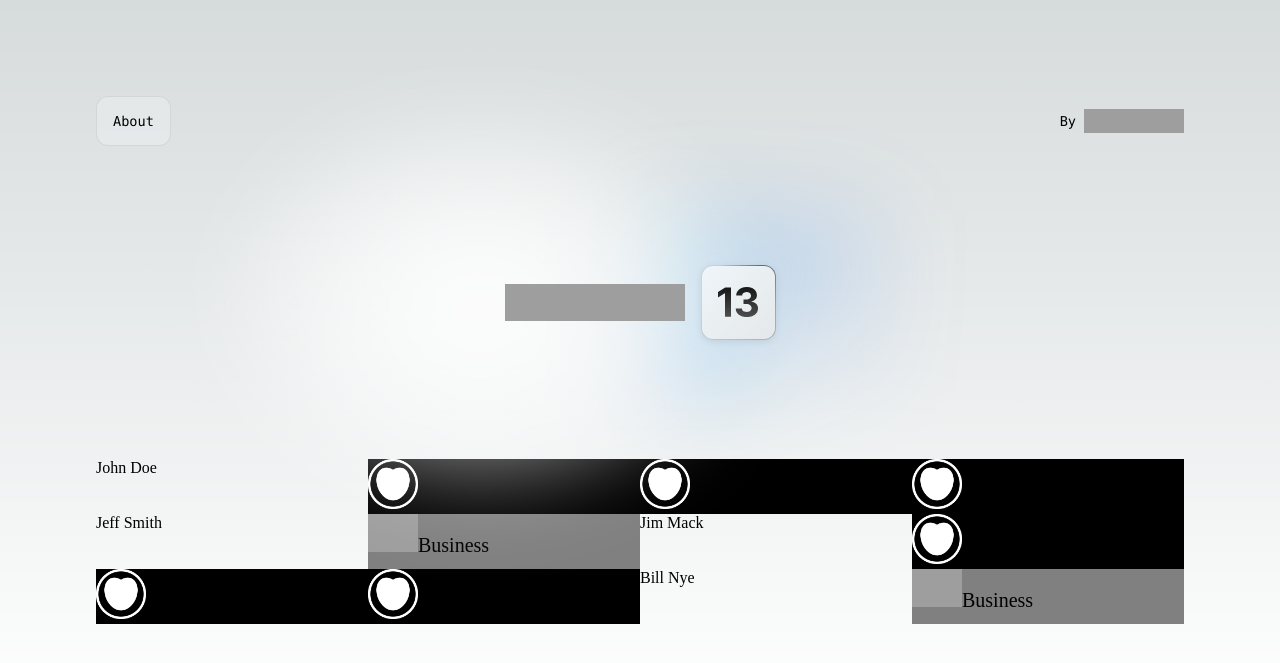
Repository: karthur1/class-example-3
Page: /
These files come from the project's save history. The page is drawn as it stood at one moment and after the next save; the edit follows.
The browser window is 1280 px wide. The pictures show the whole page.
Pictures or frames that could not be fetched are drawn as grey boxes. The project was rebuilt for these pictures with package versions that can differ from the ones it lists, and the page was loaded fresh each time. The framework's server and built-in components were replaced by stand-ins that run in the browser. Also part of the build but not shown: next.config.js.

Above is the page before, as saved 2023-01-20 23:57:05.

### pages/index.js
import Head from 'next/head'
import Image from 'next/image'
import { Inter } from '@next/font/google'
import styles from '@/styles/Home.module.css'
import data from '../data/employees.json'
import {useState} from 'react'
import Card from '../components/Card'
import Link from 'next/link'


const inter = Inter({ subsets: ['latin'] })

export default function Home() {

  console.log(data)
  const [information, setInformation] = useState([...data])
  console.log(information)

  return (
    <>
      <Head>
        <title>Create Next App</title>
        <meta name="description" content="Generated by create next app" />
        <meta name="viewport" content="width=device-width, initial-scale=1" />
        <link rel="icon" href="/favicon.ico" />
      </Head>
      <main className={styles.main}>
        <div className={styles.description}>
          <p>
          <Link href="about">About</Link>

          </p>
          <div>
            <a
              href="https://vercel.com?utm_source=create-next-app&utm_medium=default-template&utm_campaign=create-next-app"
              target="_blank"
              rel="noopener noreferrer"
            >
              By{' '}
              <Image
                src="/vercel.svg"
                alt="Vercel Logo"
                className={styles.vercelLogo}
                width={100}
                height={24}
                priority
              />
            </a>
          </div>
        </div>

        <div className={styles.center}>
          <Image
            className={styles.logo}
            src="/next.svg"
            alt="Next.js Logo"
            width={180}
            height={37}
            priority
          />
          <div className={styles.thirteen}>
            <Image
              src="/thirteen.svg"
              alt="13"
              width={40}
              height={31}
              priority
            />
          </div>
        </div>

        <div className={styles.grid}>
          <div>John Doe</div>
          {information && information.map((info, index) => {
            if(info.department === "Business") {
              return(
              <Card key={index} degree={info.degree} colour="black" font="20px"/>
            )
          }
        })}
                  <div>Jeff Smith</div>
          {information && information.map((info, index) => {
            if(info.department === "Computing") {

             return(
              <Card key={index} degree={info.degree} colour="grey" font="20px"/>
             )
          }
        })}
                    <div>Jim Mack</div>
          {information && information.map((info, index) => {
            if(info.department === "Business") {

             return(
              <Card key={index} degree={info.degree} colour="black" font="20px"/>
             )
          }
        })}
                    <div>Bill Nye</div>
          {information && information.map((info, index) => {
            if(info.department === "Computing") {

             return(
              <Card key={index} degree={info.degree} colour="grey" font="20px"/>
             )
          }
        })}
        </div>
      </main>
    </>
  )
}

### styles/Home.module.css
.main {
  display: flex;
  flex-direction: column;
  justify-content: space-between;
  align-items: center;
  padding: 6rem;
  min-height: 100vh;
}

.description {
  display: inherit;
  justify-content: inherit;
  align-items: inherit;
  font-size: 0.85rem;
  max-width: var(--max-width);
  width: 100%;
  z-index: 2;
  font-family: var(--font-mono);
}

.description a {
  display: flex;
  justify-content: center;
  align-items: center;
  gap: 0.5rem;
}

.description p {
  position: relative;
  margin: 0;
  padding: 1rem;
  background-color: rgba(var(--callout-rgb), 0.5);
  border: 1px solid rgba(var(--callout-border-rgb), 0.3);
  border-radius: var(--border-radius);
}

.code {
  font-weight: 700;
  font-family: var(--font-mono);
}

.grid {
  display: grid;
  grid-template-columns: repeat(4, minmax(25%, auto));
  width: var(--max-width);
  max-width: 100%;
}



.card {
  padding: 1rem 1.2rem;
  border-radius: var(--border-radius);
  background: rgba(var(--card-rgb), 0);
  border: 1px solid rgba(var(--card-border-rgb), 0);
  transition: background 200ms, border 200ms;
}

.card span {
  display: inline-block;
  transition: transform 200ms;
}

.card h2 {
  font-weight: 600;
  margin-bottom: 0.7rem;
}

.card p {
  margin: 0;
  opacity: 0.6;
  font-size: 0.9rem;
  line-height: 1.5;
  max-width: 30ch;
}

.center {
  display: flex;
  justify-content: center;
  align-items: center;
  position: relative;
  padding: 4rem 0;
}

.center::before {
  background: var(--secondary-glow);
  border-radius: 50%;
  width: 480px;
  height: 360px;
  margin-left: -400px;
}

.center::after {
  background: var(--primary-glow);
  width: 240px;
  height: 180px;
  z-index: -1;
}

.center::before,
.center::after {
  content: '';
  left: 50%;
  position: absolute;
  filter: blur(45px);
  transform: translateZ(0);
}

.logo,
.thirteen {
  position: relative;
}

.thirteen {
  display: flex;
  justify-content: center;
  align-items: center;
  width: 75px;
  height: 75px;
  padding: 25px 10px;
  margin-left: 16px;
  transform: translateZ(0);
  border-radius: var(--border-radius);
  overflow: hidden;
  box-shadow: 0px 2px 8px -1px #0000001a;
}

.thirteen::before,
.thirteen::after {
  content: '';
  position: absolute;
  z-index: -1;
}

/* Conic Gradient Animation */
.thirteen::before {
  animation: 6s rotate linear infinite;
  width: 200%;
  height: 200%;
  background: var(--tile-border);
}

/* Inner Square */
.thirteen::after {
  inset: 0;
  padding: 1px;
  border-radius: var(--border-radius);
  background: linear-gradient(
    to bottom right,
    rgba(var(--tile-start-rgb), 1),
    rgba(var(--tile-end-rgb), 1)
  );
  background-clip: content-box;
}

/* Enable hover only on non-touch devices */
@media (hover: hover) and (pointer: fine) {
  .card:hover {
    background: rgba(var(--card-rgb), 0.1);
    border: 1px solid rgba(var(--card-border-rgb), 0.15);
  }

  .card:hover span {
    transform: translateX(4px);
  }
}

@media (prefers-reduced-motion) {
  .thirteen::before {
    animation: none;
  }

  .card:hover span {
    transform: none;
  }
}

/* Mobile */
@media (max-width: 700px) {
  .content {
    padding: 4rem;
  }

  .grid {
    grid-template-columns: 1fr;
    margin-bottom: 120px;
    max-width: 320px;
    text-align: center;
  }

  .card {
    padding: 1rem 2.5rem;
  }

  .card h2 {
    margin-bottom: 0.5rem;
  }

  .center {
    padding: 8rem 0 6rem;
  }

  .center::before {
    transform: none;
    height: 300px;
  }

  .description {
    font-size: 0.8rem;
  }

  .description a {
    padding: 1rem;
  }

  .description p,
  .description div {
    display: flex;
    justify-content: center;
    position: fixed;
    width: 100%;
  }

  .description p {
    align-items: center;
    inset: 0 0 auto;
    padding: 2rem 1rem 1.4rem;
    border-radius: 0;
    border: none;
    border-bottom: 1px solid rgba(var(--callout-border-rgb), 0.25);
    background: linear-gradient(
      to bottom,
      rgba(var(--background-start-rgb), 1),
      rgba(var(--callout-rgb), 0.5)
    );
    background-clip: padding-box;
    backdrop-filter: blur(24px);
  }

  .description div {
    align-items: flex-end;
    pointer-events: none;
    inset: auto 0 0;
    padding: 2rem;
    height: 200px;
    background: linear-gradient(
      to bottom,
      transparent 0%,
      rgb(var(--background-end-rgb)) 40%
    );
    z-index: 1;
  }
}

/* Tablet and Smaller Desktop */
@media (min-width: 701px) and (max-width: 1120px) {
  .grid {
    grid-template-columns: repeat(2, 50%);
  }
}

@media (prefers-color-scheme: dark) {
  .vercelLogo {
    filter: invert(1);
  }

  .logo,
  .thirteen img {
    filter: invert(1) drop-shadow(0 0 0.3rem #ffffff70);
  }
}

@keyframes rotate {
  from {
    transform: rotate(360deg);
  }
  to {
    transform: rotate(0deg);
  }
}

### data/employees.json
[
    {
        "firstName": "John Doe",
        "bloodType": "AB",
        "department": "Business",
        "degree": "Finance",
        "graduted": 2004
    },
    {
        "firstName": "Jeff Smith",
        "bloodType": "A",
        "department": "Business",
        "degree": "Finance",
        "graduted": 2009
    },
    {
        "firstName": "Jim Mack",
        "bloodType": "A",
        "department": "Business",
        "degree": "Business",
        "graduted": 2009
    },
    {
        "firstName": "Bill Nye",
        "bloodType": "A",
        "department": "Computing",
        "degree": "Business",
        "graduted": 2010
    }
]

### components/Card/index.js
export default function Card( {
   degree = "none",
   colour = "purple",
   font = "0",
   images = "icons/icon3.png"

    }) {   return(
        <div style={{backgroundColor: colour, fontSize:font}}>
                {
                    colour === "black" ? <img src={'icons/icon2.png'} width="50"/>:
                    colour === "black" ? <img src={'icons/icon3.jpg'} width="50"/>:
                                        <img src={images} width="50"/>
                }
                {degree}

        </div>
    )
}

Loaded but not shown: pages/_app.js (common file); pages/_document.js (common file); styles/globals.css (common file)

After the next save:
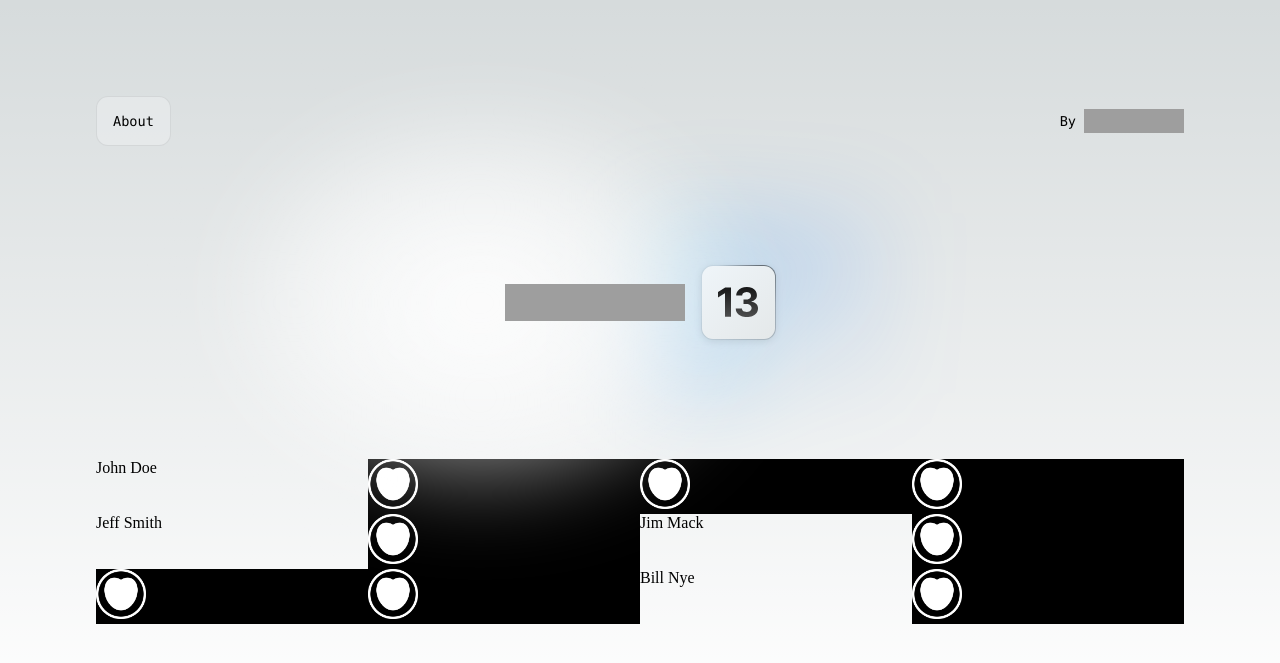
Saved 7 s later.
--- a/pages/index.js
+++ b/pages/index.js
@@ -83,7 +83,7 @@
             if(info.department === "Computing") {
 
              return(
-              <Card key={index} degree={info.degree} colour="grey" font="20px"/>
+              <Card key={index} degree={info.degree} colour="black" font="20px"/>
              )
           }
         })}
@@ -101,7 +101,7 @@
             if(info.department === "Computing") {
 
              return(
-              <Card key={index} degree={info.degree} colour="grey" font="20px"/>
+              <Card key={index} degree={info.degree} colour="black" font="20px"/>
              )
           }
         })}
